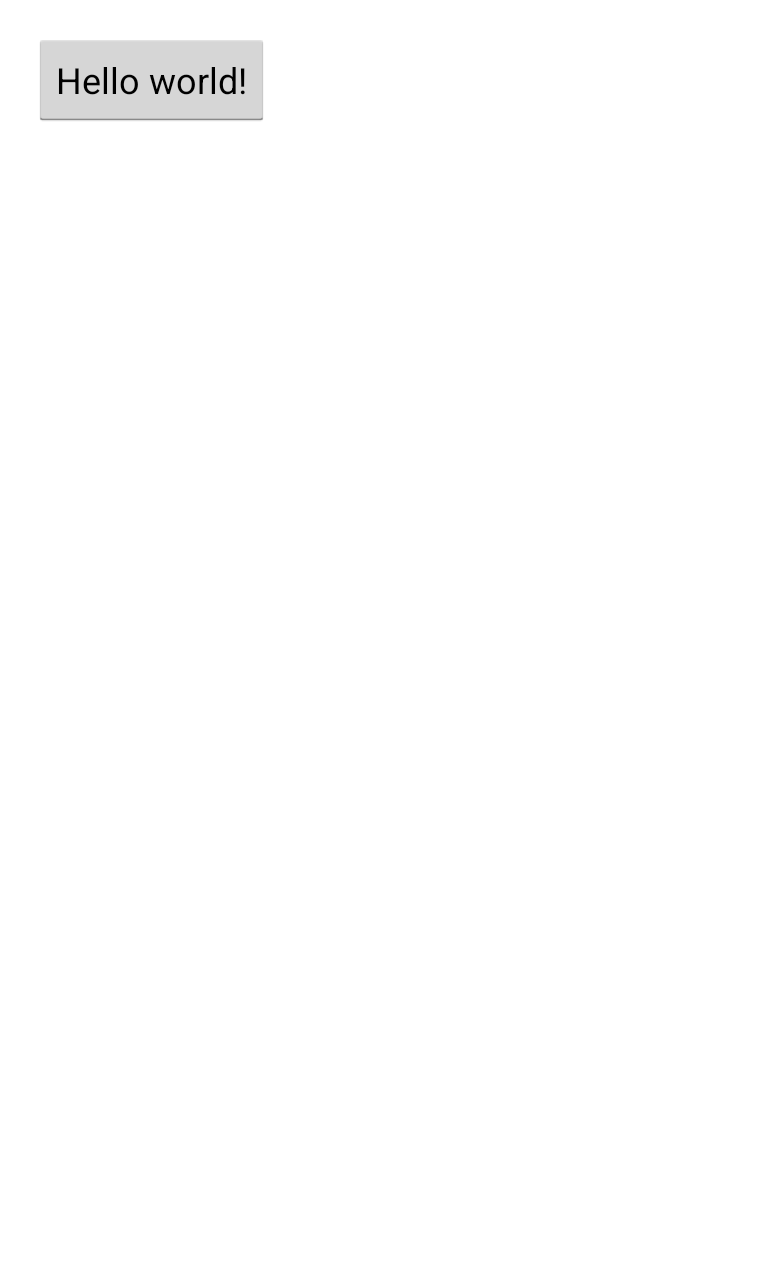
Repository: nickof/study
Layout: Android/itheima/day13_ContentProvider内容提供者/代码/Day13_01_把自己数据库暴露出来/res/layout/activity_main.xml
These files come from the project's save history. The layout is drawn as it stood at one moment and after the next save; the edit follows.
It is drawn on a 768 x 1280 px phone screen (xhdpi) without system bars, with theme AppTheme; the app's code is not run.

Above is the layout before, as saved 2016-09-21 01:39:02.

### Android/itheima/day13_ContentProvider内容提供者/代码/Day13_01_把自己数据库暴露出来/res/layout/activity_main.xml
<RelativeLayout xmlns:android="http://schemas.android.com/apk/res/android"
    xmlns:tools="http://schemas.android.com/tools"
    android:layout_width="match_parent"
    android:layout_height="match_parent"
    android:paddingBottom="@dimen/activity_vertical_margin"
    android:paddingLeft="@dimen/activity_horizontal_margin"
    android:paddingRight="@dimen/activity_horizontal_margin"
    android:paddingTop="@dimen/activity_vertical_margin"
    tools:context=".MainActivity" >

    <Button
        android:layout_width="wrap_content"
        android:layout_height="wrap_content"
        android:text="@string/hello_world" />

</RelativeLayout>

### Android/itheima/day13_ContentProvider内容提供者/代码/Day13_01_把自己数据库暴露出来/res/values/strings.xml
<?xml version="1.0" encoding="utf-8"?>
<resources>

    <string name="app_name">Day13_01_把自己数据库暴露出来</string>
    <string name="action_settings">Settings</string>
    <string name="hello_world">Hello world!</string>

</resources>

Loaded but not shown: Android/itheima/day13_ContentProvider内容提供者/代码/Day13_01_把自己数据库暴露出来/res/values/styles.xml (common file); Android/itheima/day13_ContentProvider内容提供者/代码/Day13_01_把自己数据库暴露出来/res/values-v11/styles.xml (common file); Android/itheima/day13_ContentProvider内容提供者/代码/Day13_01_把自己数据库暴露出来/res/values-v14/styles.xml (common file); Android/itheima/day13_ContentProvider内容提供者/代码/Day13_01_把自己数据库暴露出来/res/values/dimens.xml (common file)

After the next save:
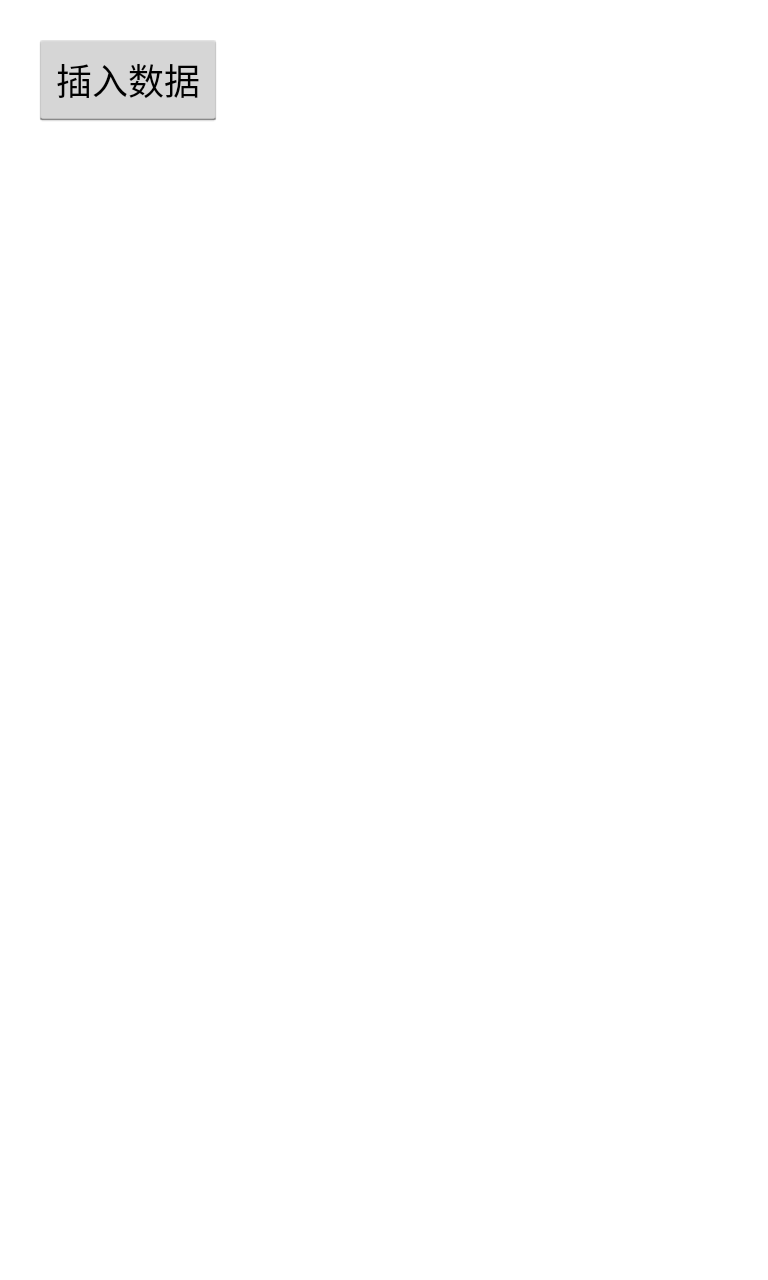
Saved 13 s later.
--- a/Android/itheima/day13_ContentProvider内容提供者/代码/Day13_01_把自己数据库暴露出来/res/layout/activity_main.xml
+++ b/Android/itheima/day13_ContentProvider内容提供者/代码/Day13_01_把自己数据库暴露出来/res/layout/activity_main.xml
@@ -11,6 +11,7 @@
     <Button
         android:layout_width="wrap_content"
         android:layout_height="wrap_content"
-        android:text="@string/hello_world" />
+        android:onClick="insert"
+        android:text="插入数据" />
 
 </RelativeLayout>
